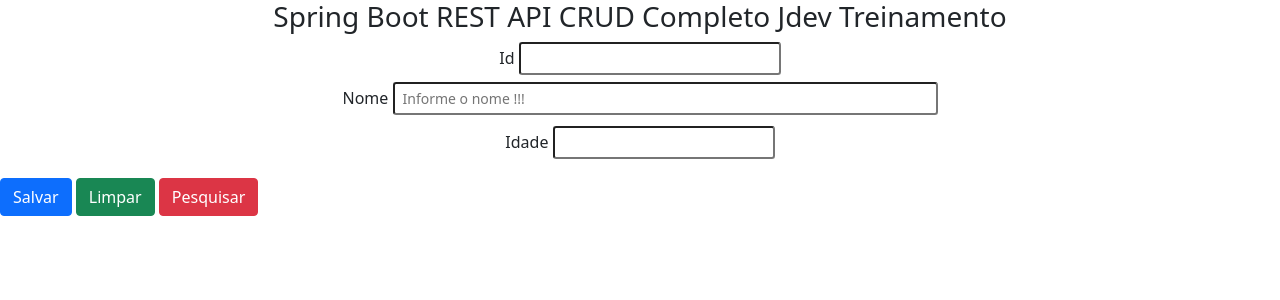
Repository: isaquelimaof/REST-API-SpringBoot
Page: springboot-rest-api-sample/src/main/resources/static/index.html
The author's editor kept a copy of each file at every save. The page is drawn from the files as they stood at one save, then again after the next save.
The browser window is 1280 px wide. The pictures show the whole page.

Above is the page before, as saved 2022-05-10 03:57:57.

After the next save:
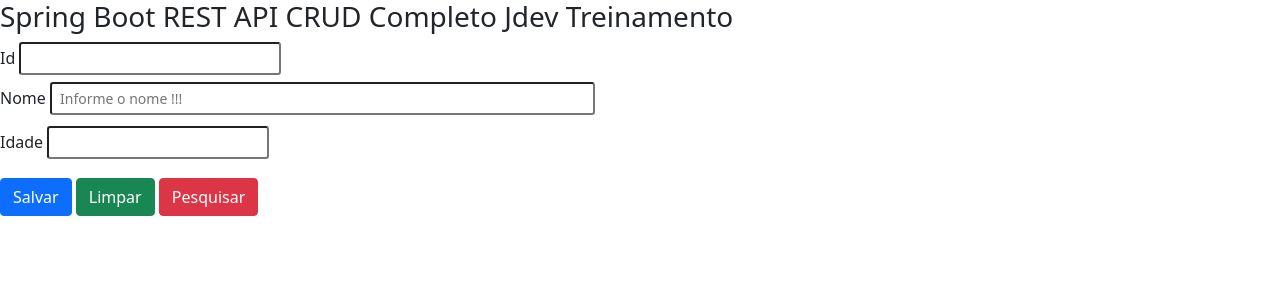
Saved 3 min 44 s later.
--- a/springboot-rest-api-sample/src/main/resources/static/index.html
+++ b/springboot-rest-api-sample/src/main/resources/static/index.html
@@ -3,7 +3,6 @@
 <head>
 <meta charset="utf-8">
 <meta name="viewport" content="width=device-width, initial-scale=1">
-<link rel="stylesheet" type="text/css" href="css.css" media="screen" />
 <!-- Bootstrap CSS -->
 <link
 	href="https://cdn.jsdelivr.net/npm/bootstrap@5.1.3/dist/css/bootstrap.min.css"
@@ -12,7 +11,7 @@
 	crossorigin="anonymous">
 <title>API REST FULL</title>
 </head>
-<body >
+<body>
 	<h3>Spring Boot REST API CRUD Completo Jdev Treinamento</h3>
 
 	<form action="" id="formCadastroUser">
@@ -22,8 +21,9 @@
 				class="form-control-sm" id="id" size="25px" readonly="readonly">
 		</div>
 		<div class="mb-2">
-			<label id="nome1" for="nome" class="form-label">Nome</label>
-			<input type="text" id="nome" class="form-control-sm" size="60px" placeholder="Informe o nome !!!">
+			<label id="nome1" for="nome" class="form-label">Nome</label> <input
+				type="text" id="nome" class="form-control-sm" size="60px"
+				placeholder="Informe o nome !!!">
 		</div>
 		<div class="mb-3">
 			<label for="idade" class="form-label">Idade</label> <input
@@ -50,8 +50,8 @@
 				<div class="modal-body">
 					<form>
 						<div class="mb-3">
-							<label for="nameBusca" class="col-form-label">Nome:</label>
-							<input type="text" class="form-control" id="nameBusca">
+							<label for="nameBusca" class="col-form-label">Nome:</label> <input
+								type="text" class="form-control" id="nameBusca">
 						</div>
 
 						<button type="button" class="btn btn-success">Pesquisar !</button>

After the save that followed:
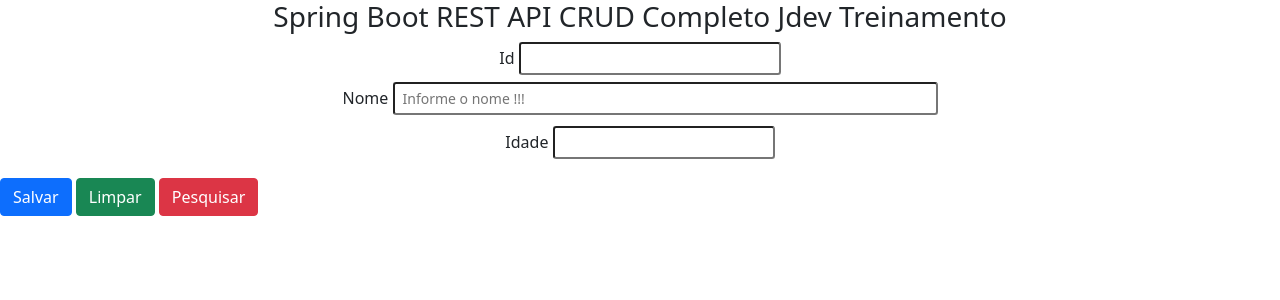
Saved 45 s later.
--- a/springboot-rest-api-sample/src/main/resources/static/index.html
+++ b/springboot-rest-api-sample/src/main/resources/static/index.html
@@ -9,6 +9,7 @@
 	rel="stylesheet"
 	integrity="sha384-1BmE4kWBq78iYhFldvKuhfTAU6auU8tT94WrHftjDbrCEXSU1oBoqyl2QvZ6jIW3"
 	crossorigin="anonymous">
+<link rel="stylesheet" type="text/css" href="css.css" media="screen" />
 <title>API REST FULL</title>
 </head>
 <body>
